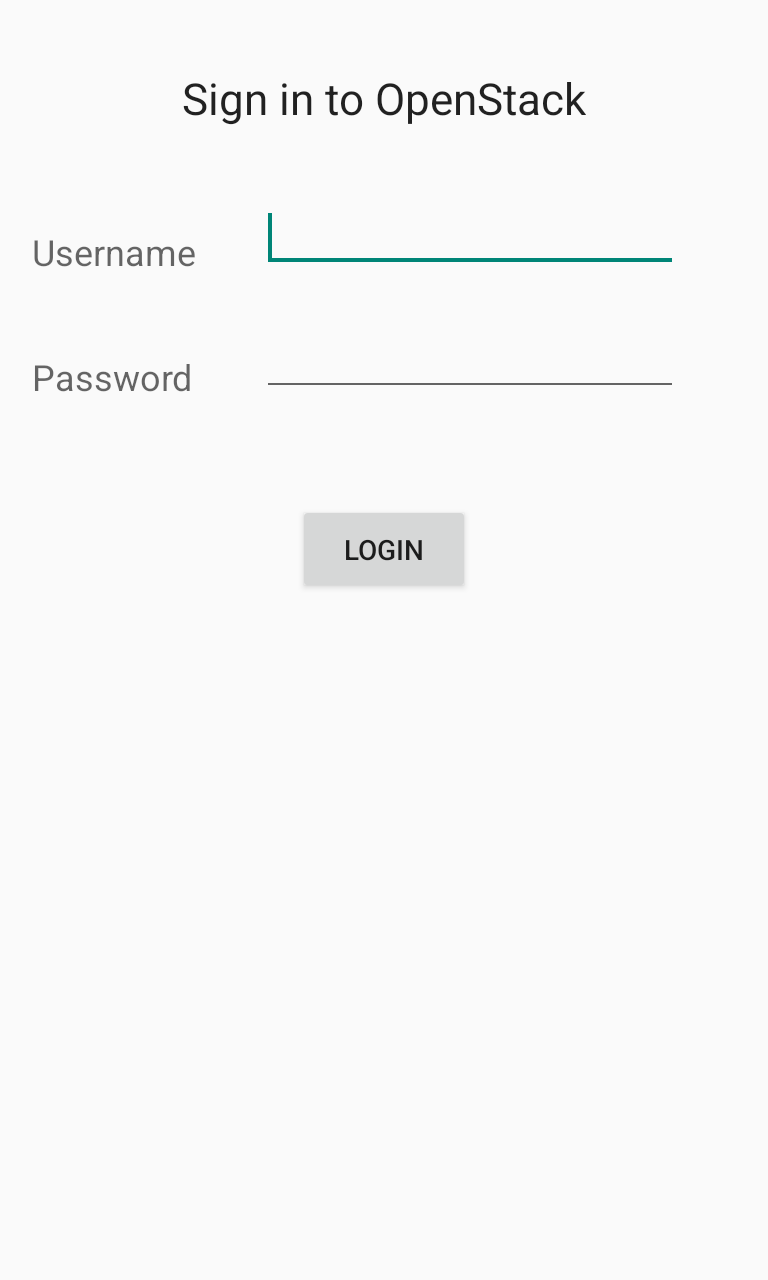
Repository: browndrf/cmpe283
Layout: myopenstack/res/layout/login_activity.xml
The author's editor kept a copy of each file at every save. The layout is drawn from the files as they stood at one save, then again after a run of saves.
It is drawn on a 768 x 1280 px phone screen (xhdpi) without system bars, with theme AppTheme; the app's code is not run.

Above is the layout before, as saved 2014-09-13 17:00:27.

After the next 2 saves:
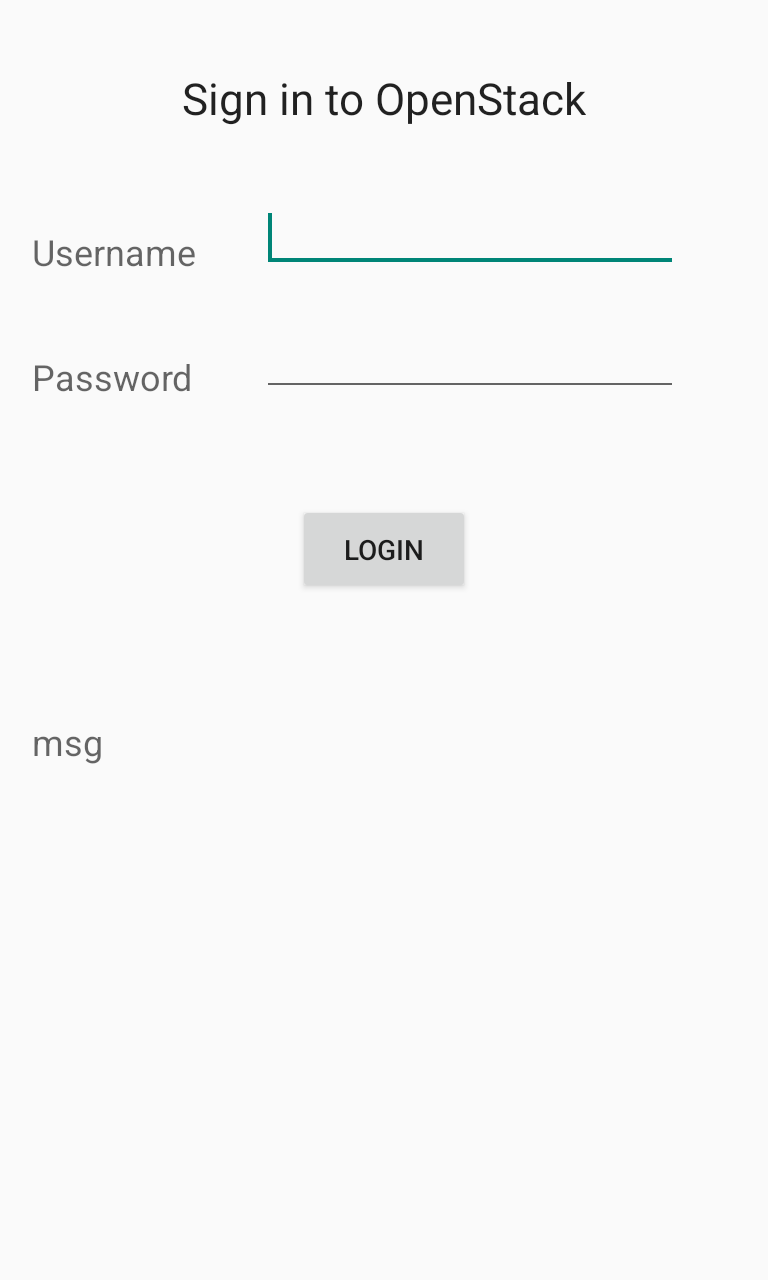
The 2 saves are shown as one change because 1 did not build or start.
The last was saved 2 min 2 s later.
--- a/myopenstack/res/layout/login_activity.xml
+++ b/myopenstack/res/layout/login_activity.xml
@@ -75,6 +75,7 @@
       android:layout_height="wrap_content"
       android:layout_below="@+id/button1"
       android:layout_marginTop="60dp"
+      android:text="msg"
       android:textAppearance="?android:attr/textAppearanceMedium" />
 
 </RelativeLayout>
